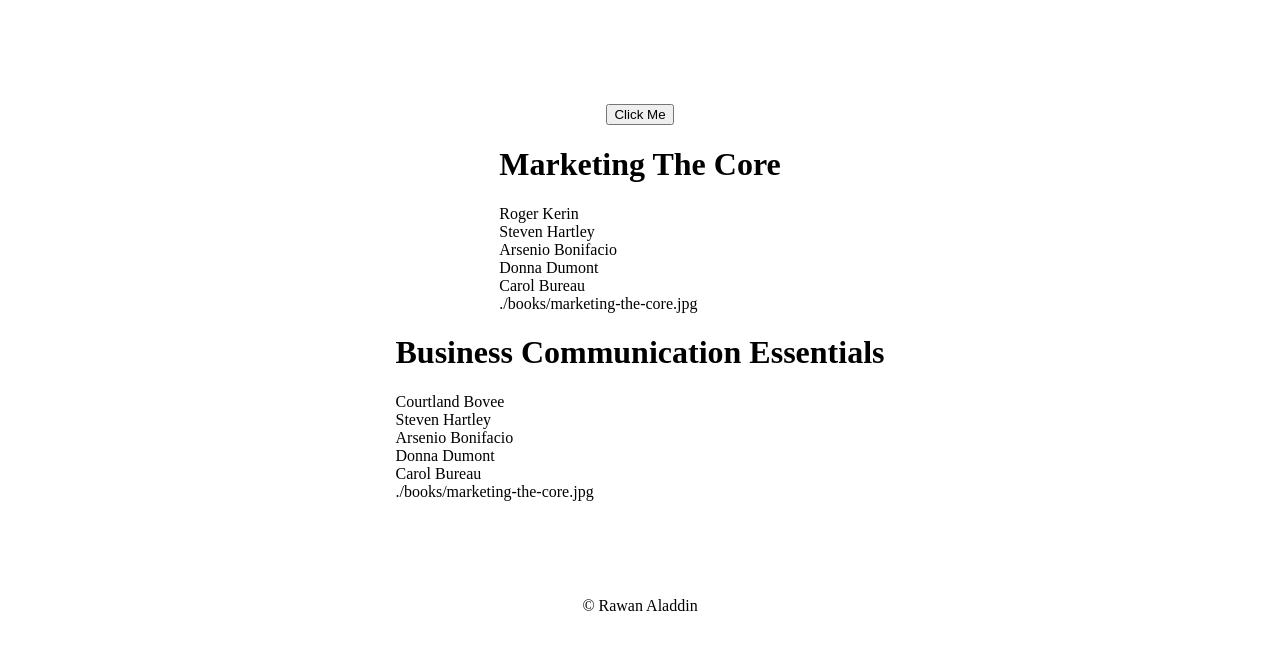
Repository: Aladdin3r/mdia2109
Page: / (app in a01386700_aladdin_assessment_3/), after clicking the first element matching `button`
These files come from the project's save history. The page is drawn as it stood at one moment and after the next save; the edit follows.
The browser window is 1280 px wide. The pictures show the whole page.
The project was rebuilt for these pictures with package versions that can differ from the ones it lists, and the page was loaded fresh each time. The framework's server and built-in components were replaced by stand-ins that run in the browser. Also part of the build but not shown: a01386700_aladdin_assessment_3/next.config.mjs.

Above is the page before, as saved 2024-02-13 13:41:47.

### a01386700_aladdin_assessment_3/pages/index.js
import Head from "next/head";
import styles from "@/styles/Home.module.css";
import Footer from "@/components/Footer";
import { inventory } from "@/data/books";
import { useState } from "react";

export default function Home() {

  const [data, setData] = useState();

  const addingData = () => {
    console.log("here");
    setData(inventory);
    console.log(inventory);
  }

  return (
    <>
      <Head>
        <title>BCIT Book Store</title>
        <meta name="description"
        content=
        "All online pick-up orders are available at the Burnaby Campus Bookstore (SE2). Please allow 2-3 business days for order processing."
       />
        <meta name="viewport" content="width=device-width, initial-scale=1" />
        <link rel="icon" href="/favicon.ico" />
      </Head>
      <main className={`${styles.main}`}>
        <button onClick={() => addingData()}>Click Me</button>
        {
          data && data.books.map((b, index) => {
            if(b.edition == 6) {
              return(
                <div key={index}>
                  <h1>{b.title}</h1>
                  {
                    b.authors && b.authors.map((a, ind) => {
                      return(
                        <div key={ind}>
                          {a}
                        </div>
                      )
                    })
                  }
                    {b.image}
                </div>
              )
            }
          })

        }
      </main>
      <Footer/>
    </>
  );
}

### a01386700_aladdin_assessment_3/styles/globals.css
:root {
 background-color: #fff;
 --highlight: #FFF400;
 --blue: #003C71;
 --white-text: #fff;
 --product-background: rgb(245,245,245);
}

### a01386700_aladdin_assessment_3/styles/Home.module.css
.main {
  display: flex;
  flex-direction: column;
  justify-content: space-between;
  align-items: center;
  padding: 6rem;
  min-height: 20vh;
}

### a01386700_aladdin_assessment_3/components/Footer/index.js
import styles from './Footer.module.css'

export default function Footer() {
    return(
        <footer className={styles.footer}>
            &#xa9; Rawan Aladdin
        </footer>
    )
}

### a01386700_aladdin_assessment_3/data/books.js
export const inventory = {
    books: [
        {
            course: "MKTG 1102",
            title: "Marketing The Core",
            authors: ["Roger Kerin", "Steven Hartley", "Arsenio Bonifacio", "Donna Dumont", "Carol Bureau"],
            edition: 6,
            image: "./books/marketing-the-core.jpg"
        },
        {
            course: "COMM 1120",
            title: "Business Communication Essentials",
            authors: ["Courtland Bovee", "Steven Hartley", "Arsenio Bonifacio", "Donna Dumont", "Carol Bureau"],
            edition: 6,
            image: "./books/marketing-the-core.jpg"
        },
    ]
}

### a01386700_aladdin_assessment_3/components/Footer/Footer.module.css
.footer {
    display: flex;
    justify-content: center;
}

Loaded but not shown: a01386700_aladdin_assessment_3/pages/_app.js (common file); a01386700_aladdin_assessment_3/pages/_document.js (common file)

After the next save:
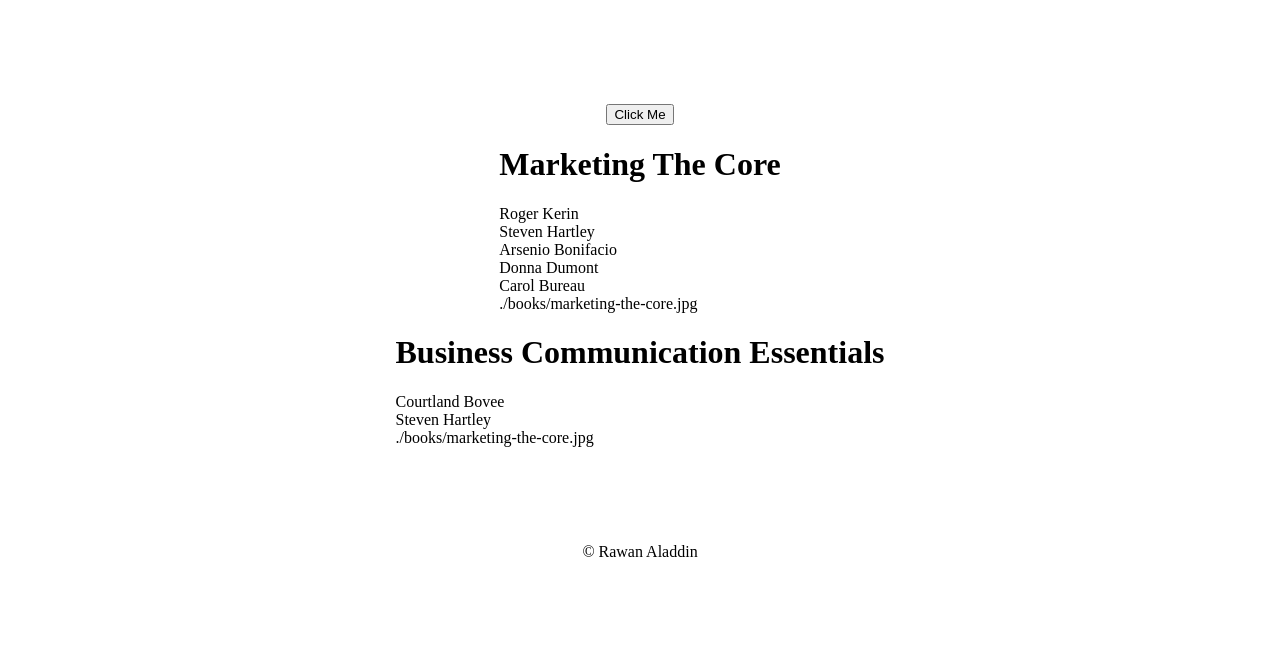
Saved 4 s later.
--- a/a01386700_aladdin_assessment_3/data/books.js
+++ b/a01386700_aladdin_assessment_3/data/books.js
@@ -10,7 +10,7 @@ export const inventory = {
         {
             course: "COMM 1120",
             title: "Business Communication Essentials",
-            authors: ["Courtland Bovee", "Steven Hartley", "Arsenio Bonifacio", "Donna Dumont", "Carol Bureau"],
+            authors: ["Courtland Bovee", "Steven Hartley"],
             edition: 6,
             image: "./books/marketing-the-core.jpg"
         },
